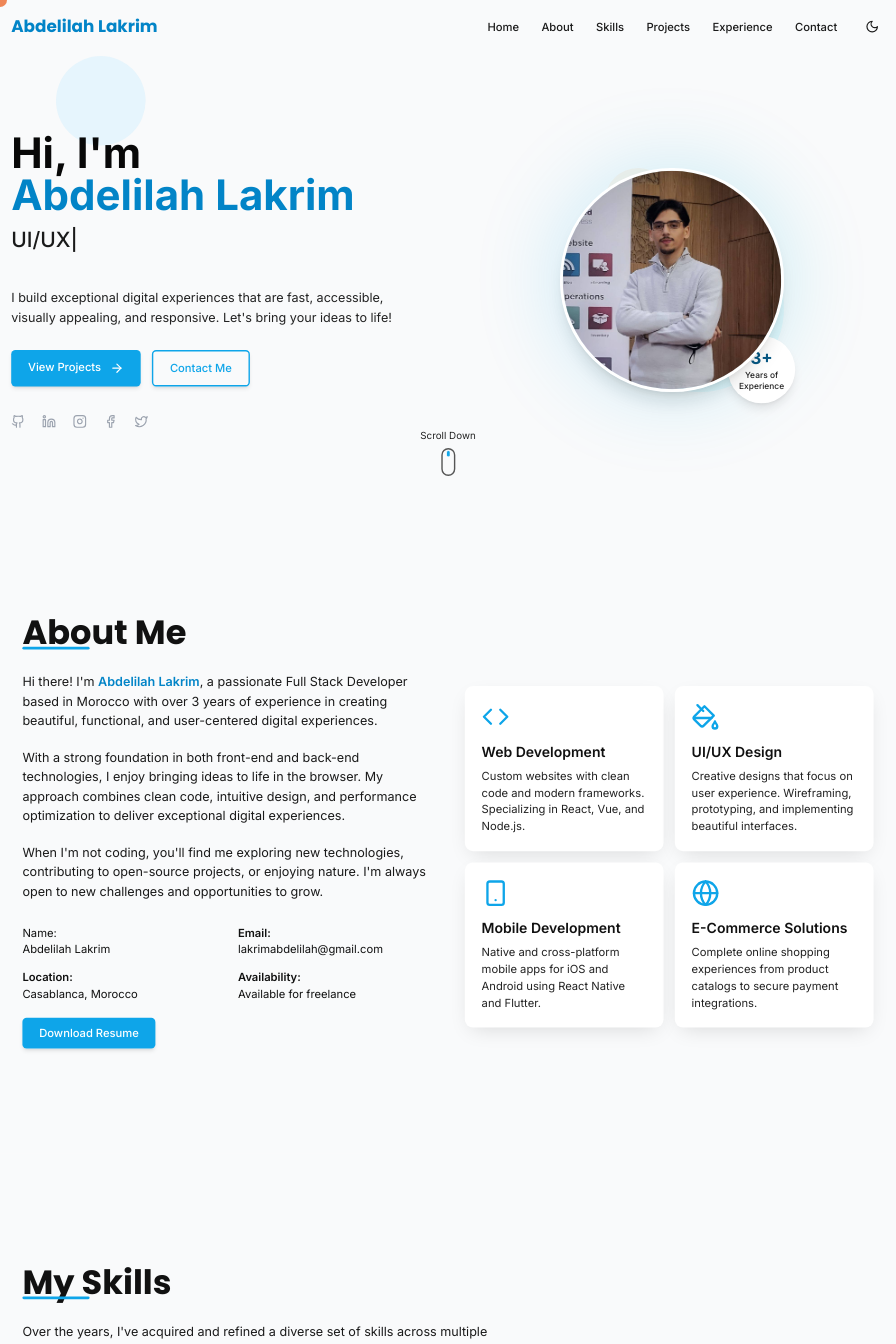
Repository: Abdelilah-Lakrim/Personal_Portfolio
Page: /
These files come from the project's save history. The page is drawn as it stood at one moment and after the next save; the edit follows.
The browser window is 1280 px wide. The pictures show the part of the page from y = 0 to 1920 px (the page is 7953 px tall), at 70% of full size.
The project was rebuilt for these pictures with package versions that can differ from the ones it lists, and the page was loaded fresh each time. Also part of the build but not shown: vite.config.ts.

Above is the page before, as saved 2025-05-21 12:58:16.

After the next save:
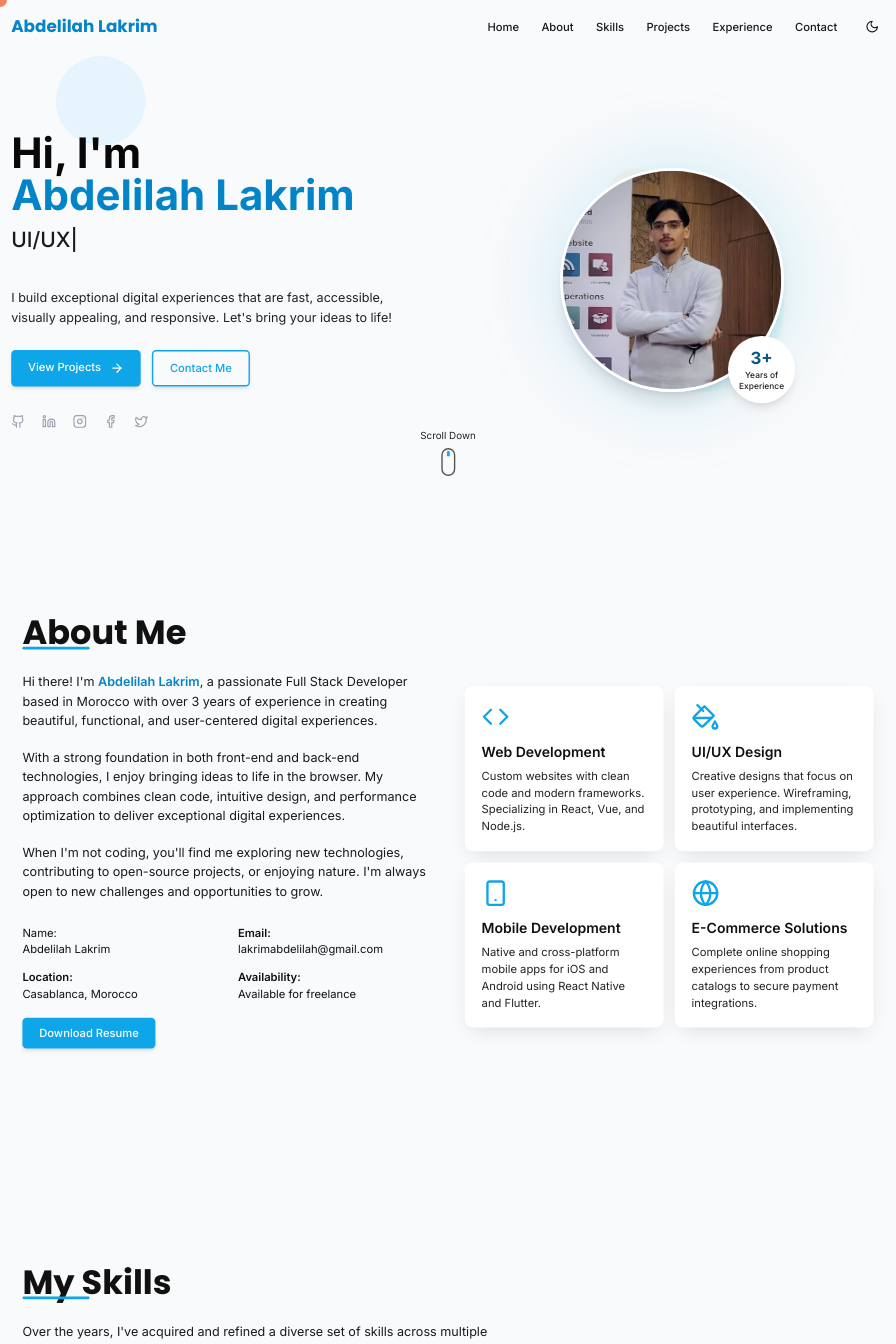
Saved 14 s later.
--- a/src/components/Hero.tsx
+++ b/src/components/Hero.tsx
@@ -154,7 +154,7 @@
               <div className="absolute inset-0 bg-gradient-to-r from-primary-500 to-secondary-500 rounded-full blur-3xl opacity-20"></div>
               <img
               src="public/image/Portrait.jpg"
-              className="relative z-50 w-64 h-64 sm:w-80 sm:h-80 rounded-full border-4 border-white shadow-xl"/>
+              className="relative z-60 w-64 h-64 sm:w-80 sm:h-80 rounded-full border-4 border-white shadow-xl"/>
               <div className="absolute -bottom-4 -right-4 w-24 h-24 bg-white rounded-full flex items-center justify-center shadow-lg z-20">
                 <div className="text-xs font-medium text-center">
 

After the save that followed:
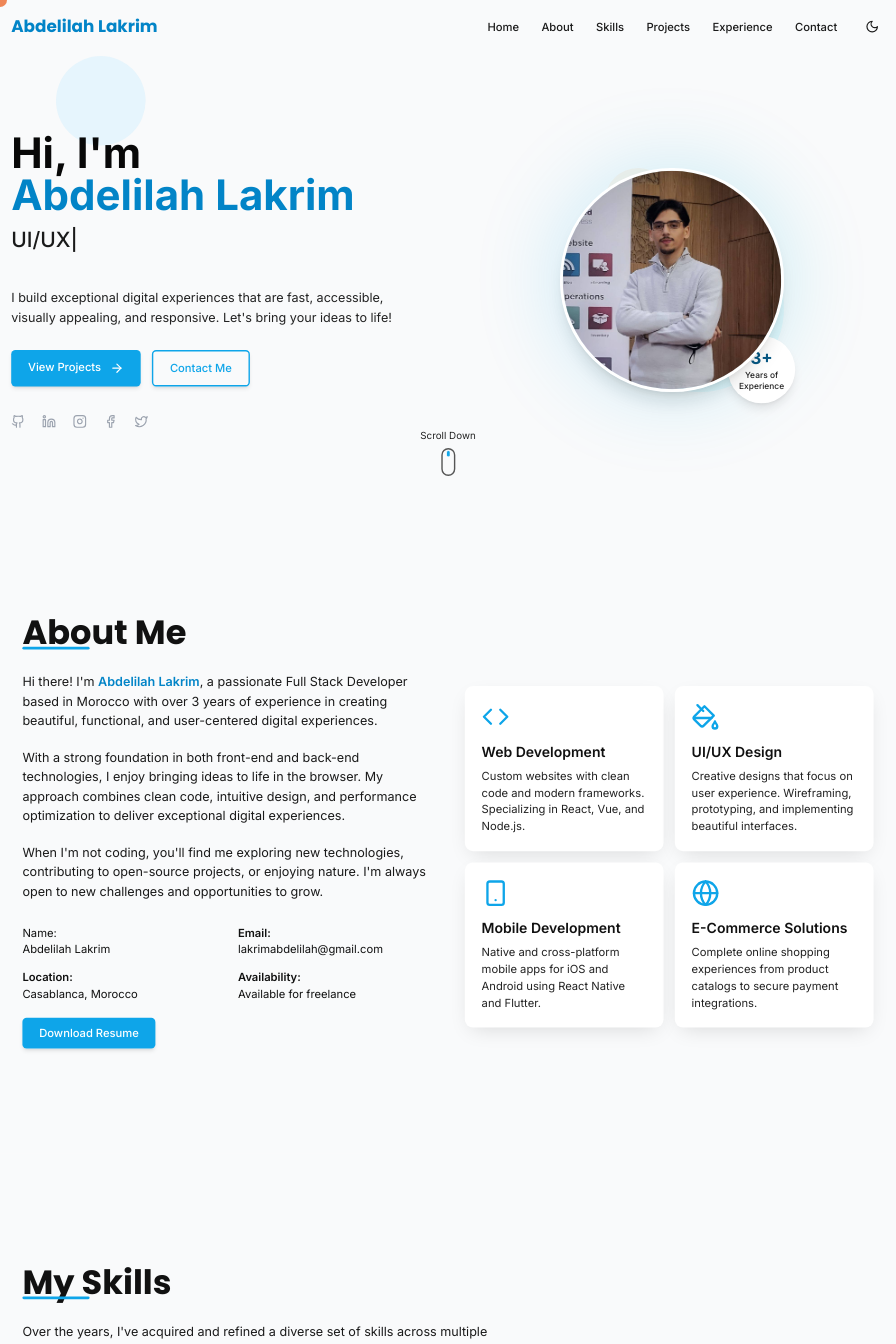
Saved 9 s later.
--- a/src/components/Hero.tsx
+++ b/src/components/Hero.tsx
@@ -154,7 +154,7 @@
               <div className="absolute inset-0 bg-gradient-to-r from-primary-500 to-secondary-500 rounded-full blur-3xl opacity-20"></div>
               <img
               src="public/image/Portrait.jpg"
-              className="relative z-60 w-64 h-64 sm:w-80 sm:h-80 rounded-full border-4 border-white shadow-xl"/>
+              className="relative z-50 w-64 h-64 sm:w-80 sm:h-80 rounded-full border-4 border-white shadow-xl"/>
               <div className="absolute -bottom-4 -right-4 w-24 h-24 bg-white rounded-full flex items-center justify-center shadow-lg z-20">
                 <div className="text-xs font-medium text-center">
 
